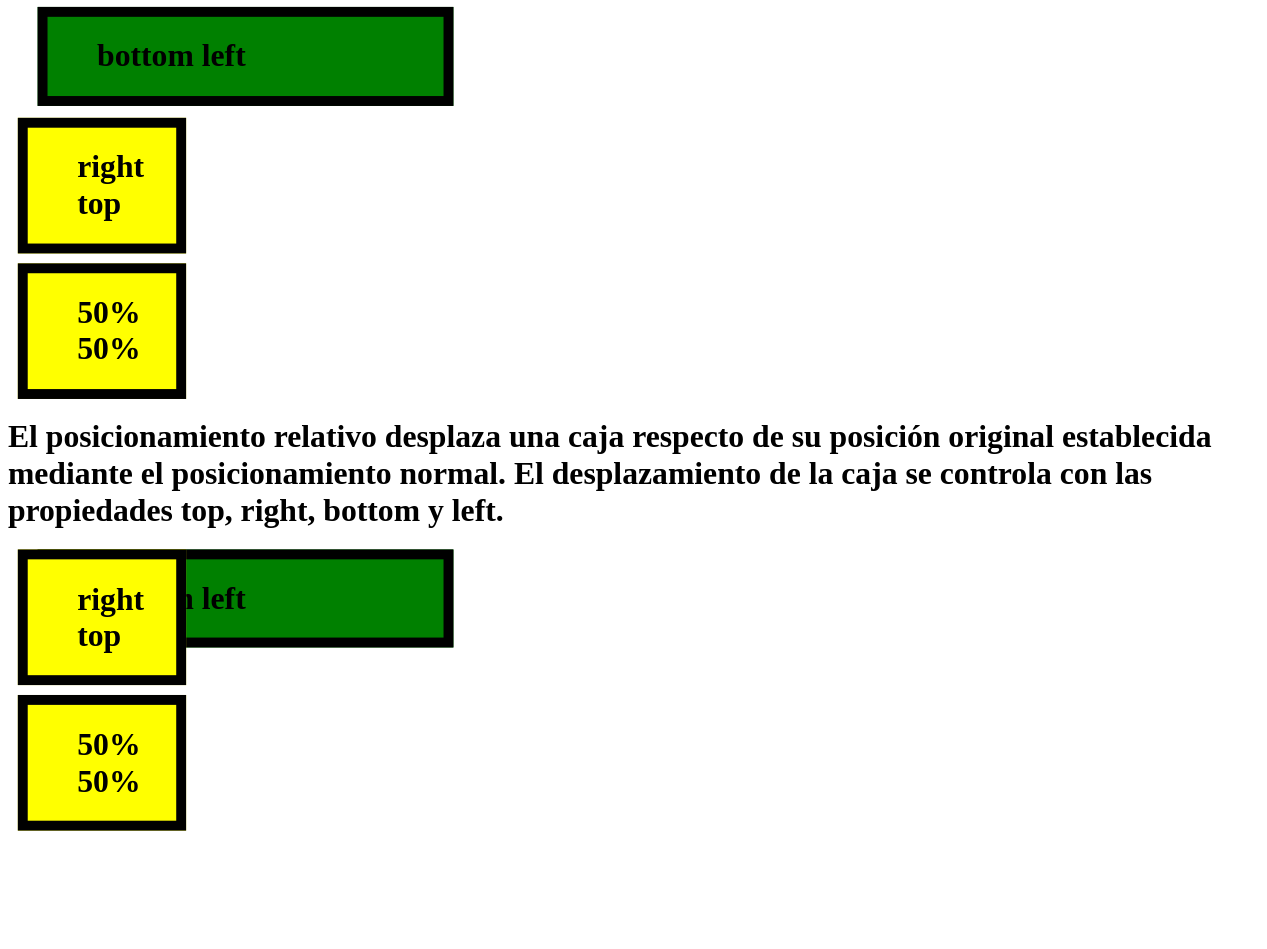
Repository: antonio63j/misNotas
Page: software/CSS/Demos/aptana_proyect/src/relativo.html
An editor plug-in stored every save of this project. The page is shown before and after the next save, followed by the edit.
The browser window is 1280 px wide. The pictures show the whole page, at 99% of full size.

Above is the page before, as saved 2017-04-23 16:42:40.

After the next save:
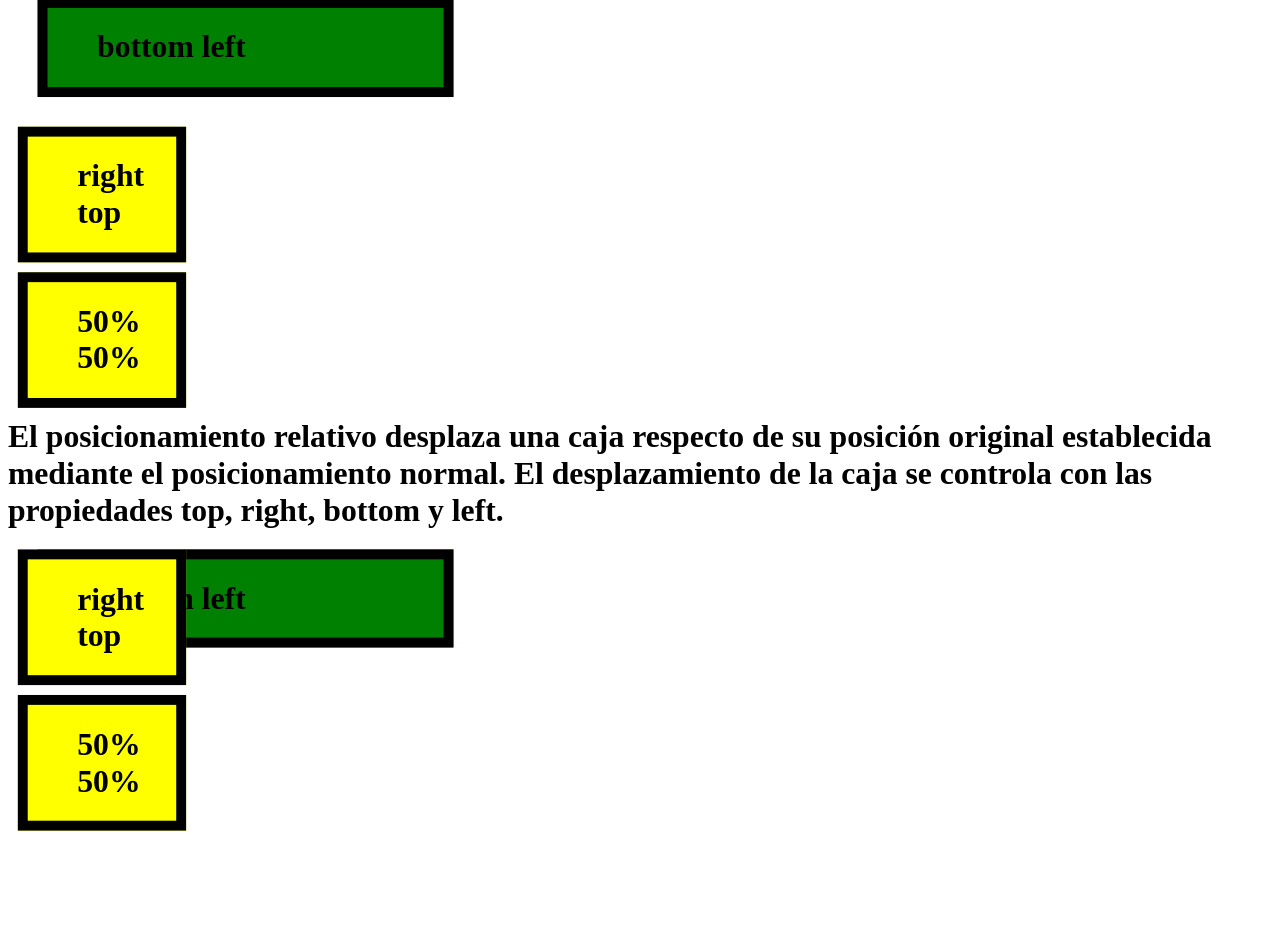
Saved 35 s later.
--- a/software/CSS/Demos/aptana_proyect/src/relativo.html
+++ b/software/CSS/Demos/aptana_proyect/src/relativo.html
@@ -5,7 +5,7 @@
 
 #caja1 {
   position:relative;
-  bottom:1px;
+  bottom:10px;
   left:20px;
   width: 300px;
   padding-left:  50px;
@@ -19,7 +19,7 @@
 
 #caja2 {
   position:relative;
-  top:1px;
+  top:10px;
   width: 50px;
   padding-left:  50px;
   padding-right: 50px;
@@ -32,7 +32,7 @@
 
 #caja3 {
   position:relative;
-  top:1px;
+  top:10px;
   width: 50px;
   padding-left:  50px;
   padding-right: 50px;
